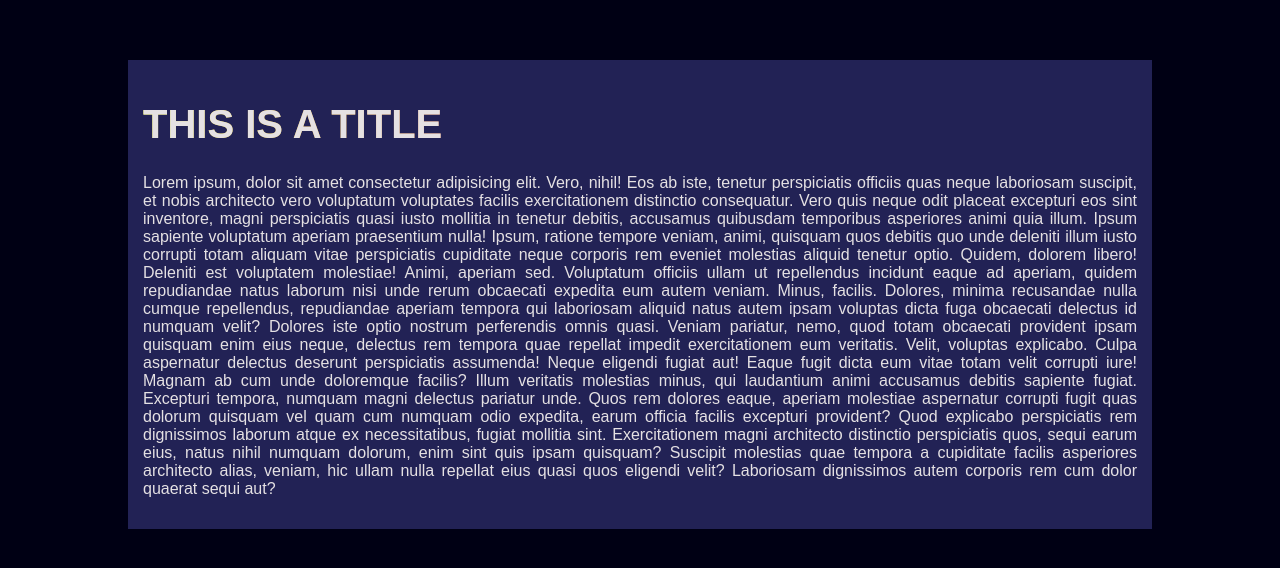
Repository: Francois-QUICODE/CSS-Micro-Projects
Page: Projects/01-Infinite-Gradient-Text.html
The author's editor kept a copy of each file at every save. The page is drawn from the files as they stood at one save, then again after the next save.
The browser window is 1280 px wide. The pictures show the whole page.
Some web fonts or font styles are not loaded; a fallback is used.

Above is the page before, as saved 2020-11-28 10:49:48.

### Projects/01-Infinite-Gradient-Text.html
<!DOCTYPE html>
<html lang="en">
  <head>
    <meta charset="UTF-8" />
    <title>Infinite Gradiant text</title>
  </head>
  <body>
    <div class="container">
      <div class="text">
        <h1>This is a title</h1>
        <p class="lorem">
          Lorem ipsum, dolor sit amet consectetur adipisicing elit. Vero, nihil!
          Eos ab iste, tenetur perspiciatis officiis quas neque laboriosam
          suscipit, et nobis architecto vero voluptatum voluptates facilis
          exercitationem distinctio consequatur. Vero quis neque odit placeat
          excepturi eos sint inventore, magni perspiciatis quasi iusto mollitia
          in tenetur debitis, accusamus quibusdam temporibus asperiores animi
          quia illum. Ipsum sapiente voluptatum aperiam praesentium nulla!
          Ipsum, ratione tempore veniam, animi, quisquam quos debitis quo unde
          deleniti illum iusto corrupti totam aliquam vitae perspiciatis
          cupiditate neque corporis rem eveniet molestias aliquid tenetur optio.
          Quidem, dolorem libero! Deleniti est voluptatem molestiae! Animi,
          aperiam sed. Voluptatum officiis ullam ut repellendus incidunt eaque
          ad aperiam, quidem repudiandae natus laborum nisi unde rerum obcaecati
          expedita eum autem veniam. Minus, facilis. Dolores, minima recusandae
          nulla cumque repellendus, repudiandae aperiam tempora qui laboriosam
          aliquid natus autem ipsam voluptas dicta fuga obcaecati delectus id
          numquam velit? Dolores iste optio nostrum perferendis omnis quasi.
          Veniam pariatur, nemo, quod totam obcaecati provident ipsam quisquam
          enim eius neque, delectus rem tempora quae repellat impedit
          exercitationem eum veritatis. Velit, voluptas explicabo. Culpa
          aspernatur delectus deserunt perspiciatis assumenda! Neque eligendi
          fugiat aut! Eaque fugit dicta eum vitae totam velit corrupti iure!
          Magnam ab cum unde doloremque facilis? Illum veritatis molestias
          minus, qui laudantium animi accusamus debitis sapiente fugiat.
          Excepturi tempora, numquam magni delectus pariatur unde. Quos rem
          dolores eaque, aperiam molestiae aspernatur corrupti fugit quas
          dolorum quisquam vel quam cum numquam odio expedita, earum officia
          facilis excepturi provident? Quod explicabo perspiciatis rem
          dignissimos laborum atque ex necessitatibus, fugiat mollitia sint.
          Exercitationem magni architecto distinctio perspiciatis quos, sequi
          earum eius, natus nihil numquam dolorum, enim sint quis ipsam
          quisquam? Suscipit molestias quae tempora a cupiditate facilis
          asperiores architecto alias, veniam, hic ullam nulla repellat eius
          quasi quos eligendi velit? Laboriosam dignissimos autem corporis rem
          cum dolor quaerat sequi aut?
        </p>
      </div>
    </div>
  </body>

  <style>
    @import url("https://fonts.googleapis.com/css2?family=Alatsi&display=swap");

    body {
      background-color: #000014;
      width: 1024px;
      margin: auto;
      color: #e5e1e1;
      padding-top: 60px;
      font-family: "Alatsi", sans-serif;
    }

    .container {
      background-color: #222247;
      padding: 15px;
      mix-blend-mode: screen;
      display: flex;
    }

    h1 {
      font-size: 40px;
      text-transform: uppercase;
      background: linear-gradient(
        90deg,
        rgba(247, 255, 0, 1) 0%,
        rgba(207, 109, 0, 1) 26%,
        rgba(151, 0, 255, 1) 66%,
        rgba(247, 255, 0, 1) 100%
      );
      background-clip: text;
    }

    .lorem {
      text-align: justify;
    }
  </style>
</html>

After the next save:
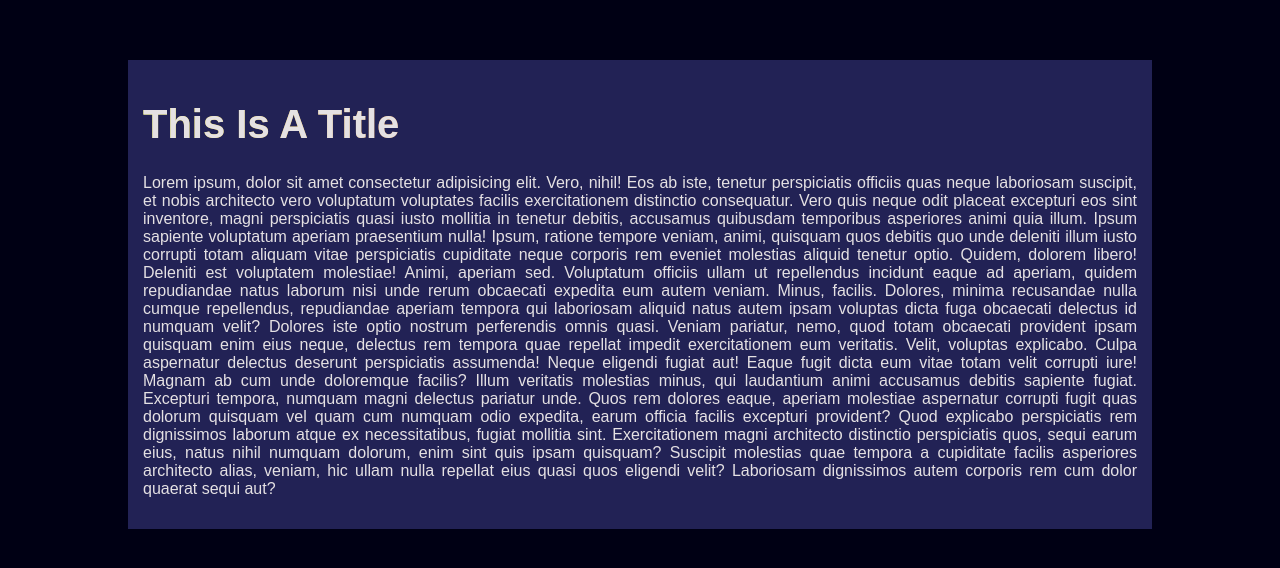
Saved 8 s later.
--- a/Projects/01-Infinite-Gradient-Text.html
+++ b/Projects/01-Infinite-Gradient-Text.html
@@ -70,7 +70,7 @@
 
     h1 {
       font-size: 40px;
-      text-transform: uppercase;
+      text-transform: capitalize;
       background: linear-gradient(
         90deg,
         rgba(247, 255, 0, 1) 0%,
